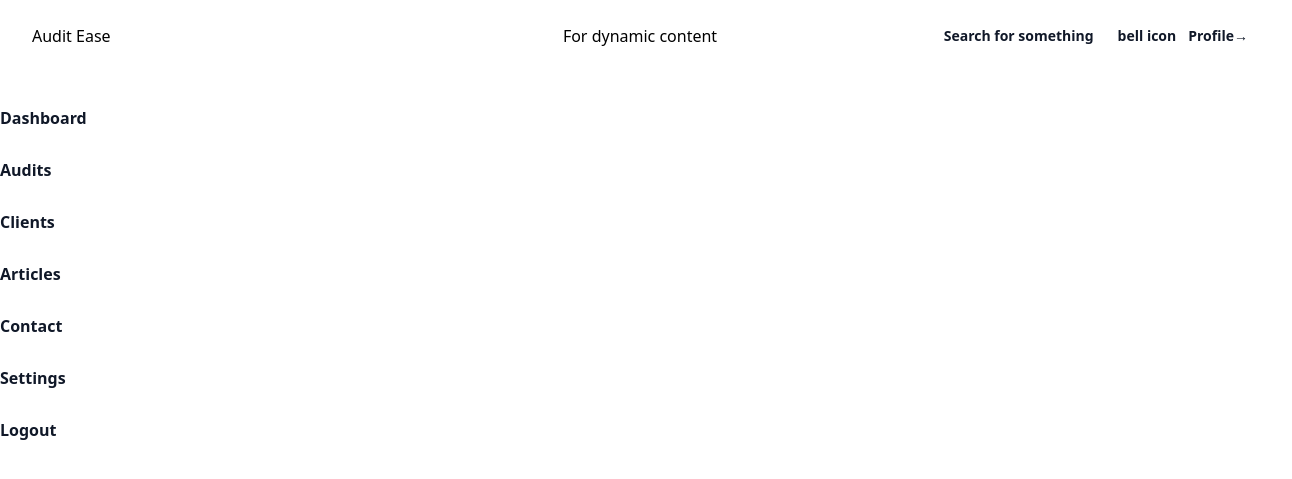
Repository: EclipticCode/Audit-Ease-FE
Page: /
An editor plug-in stored every save of this project. The page is shown before and after the next save, followed by the edit.
The browser window is 1280 px wide. The page is 1292 px wide, then 1280 px, then 1292 px, so the pictures cover 1292 px, including what lies to the right of the window. The pictures show the whole page.
Some web libraries are served in a nearby version. The project was rebuilt for these pictures with package versions that can differ from the ones it lists, and the page was loaded fresh each time. Also part of the build but not shown: vite.config.js, Login.jsx.

Above is the page before, as saved 2025-03-27 19:38:36.

### index.html
<!doctype html>
<html lang="en">
  <head>
    <meta charset="UTF-8" />
    <link rel="icon" type="image/svg+xml" href="" />
    <meta name="viewport" content="width=device-width, initial-scale=1.0" />
    <title>Audit Ease</title>
    <!-- Font awesome CDN -->
    <link rel="stylesheet" href="https://cdnjs.cloudflare.com/ajax/libs/font-awesome/6.6.0/css/all.min.css">
  </head>
  <body>
    <div id="root"></div>
    <script type="module" src="/src/main.jsx"></script>
  </body>
</html>

### src/main.jsx
import React from "react";
import ReactDOM from "react-dom/client";
import App from "./App";
import "./index.css"; // Ensure Tailwind styles are imported

ReactDOM.createRoot(document.getElementById("root")).render(
  <React.StrictMode>
    <App />
  </React.StrictMode>
);

### src/App.jsx
import React from 'react'
import Login from '../Login'
import Navbar from './Navbar'

const App = () => {
  return (
   <div>
      <Navbar/>
   </div>
  )
}

export default App

### src/index.css
@import url('https://fonts.googleapis.com/css2?family=Roboto:ital,wght@0,100..900;1,100..900&display=swap');

@import "tailwindcss";

@theme {
  --font-roboto: "Roboto", sans-serif;
  --font-weight-light: 300;
  --font-weight-normal: 400;
  --font-weight-medium: 500;
  --font-weight-semibold: 600;
  --font-weight-bold: 700;
  --color-soft-primary: #B2C4FB;
  --color-light-primary: #053ADA;
  --color-dark-primary: #032691;
  --color-deep-primary: #021655;
  --color-soft-seconday: #FFFFFF;
  --color-light-seconday: #B1B1B1;
  --color-dark-seconday: #263238;
  --color-deep-seconday: #000000;

}

### src/Navbar.jsx
import React from 'react'

const Navbar = () => {
  return (
    <div>
         <header className="bg-white">
      <nav aria-label="Global" className="mx-auto flex max-w-7xl items-center justify-between p-6 lg:px-8">
        <div className="flex lg:flex-1">
          <a href="#" className="-m-1.5 p-1.5">
            <span className="sr-only">Audit Ease</span>
            Audit Ease
          </a>
        </div>
        <div>
            For dynamic content
        </div>

        <div className="hidden lg:flex lg:flex-1 lg:justify-end">
        <div className='flex space-x-3'>
        <a href="#" className="text-sm/6 font-semibold text-gray-900">
            Search for something
          </a>
          <a href="#" className="text-sm/6 font-semibold text-gray-900">
          <button className=''></button>
          </a>
          <a href="#" className="text-sm/6 font-semibold text-gray-900">
            bell icon
          </a>
          <a href="#" className="text-sm/6 font-semibold text-gray-900">
            Profile<span aria-hidden="true">&rarr;</span>
          </a>
        </div>
        </div>
      </nav>

        <div className="fixed inset-0 z-10" />
          <div className="mt-6 flow-root">
            <div className="-my-6 divide-y divide-gray-500/10">
              <div className="space-y-2 py-6">
                <a
                  href="#"
                  className="-mx-3 block rounded-lg px-3 py-2 text-base/7 font-semibold text-gray-900 hover:bg-gray-50"
                >
                  Dashboard
                </a>
                <a
                  href="#"
                  className="-mx-3 block rounded-lg px-3 py-2 text-base/7 font-semibold text-gray-900 hover:bg-gray-50"
                >
                  Audits
                </a>
                <a
                  href="#"
                  className="-mx-3 block rounded-lg px-3 py-2 text-base/7 font-semibold text-gray-900 hover:bg-gray-50"
                >
                  Clients
                </a>
                <a
                  href="#"
                  className="-mx-3 block rounded-lg px-3 py-2 text-base/7 font-semibold text-gray-900 hover:bg-gray-50"
                >
                  Articles
                </a>
                <a
                  href="#"
                  className="-mx-3 block rounded-lg px-3 py-2 text-base/7 font-semibold text-gray-900 hover:bg-gray-50"
                >
                  Contact
                </a>
                <a
                  href="#"
                  className="-mx-3 block rounded-lg px-3 py-2 text-base/7 font-semibold text-gray-900 hover:bg-gray-50"
                >
                  Settings
                </a>
                <a
                  href="#"
                  className="-mx-3 block rounded-lg px-3 py-2 text-base/7 font-semibold text-gray-900 hover:bg-gray-50"
                >
                  Logout
                </a>
              </div>
            </div>
          </div>

    </header>
    </div>
  )
}

export default Navbar

After the next save:
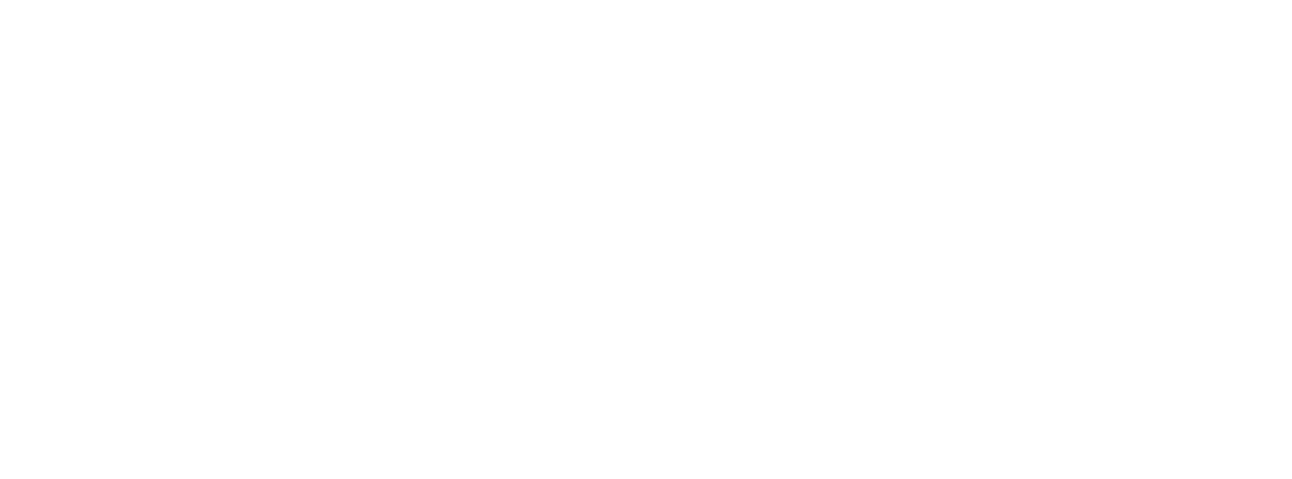
Console error: ReferenceError: FontAwesomeIcon is not defined
Saved 4 s later.
--- a/src/Navbar.jsx
+++ b/src/Navbar.jsx
@@ -21,7 +21,7 @@
             Search for something
           </a>
           <a href="#" className="text-sm/6 font-semibold text-gray-900">
-          <button className=''></button>
+          <button className=''><FontAwesomeIcon icon="fa-solid fa-gear" /></button>
           </a>
           <a href="#" className="text-sm/6 font-semibold text-gray-900">
             bell icon

After the save that followed:
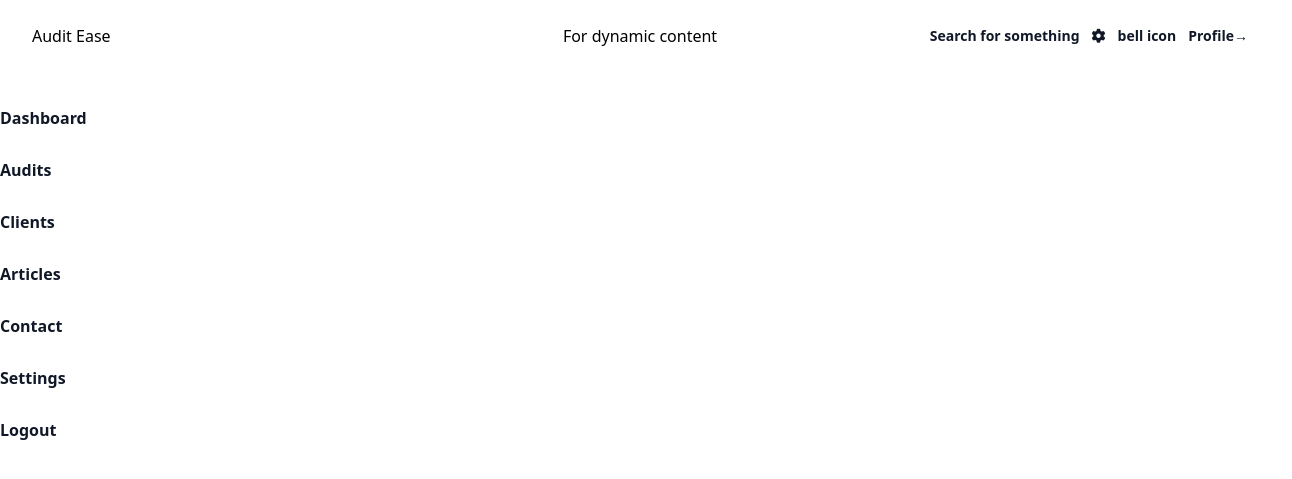
The error is gone.
Saved 31 s later.
--- a/src/Navbar.jsx
+++ b/src/Navbar.jsx
@@ -21,7 +21,7 @@
             Search for something
           </a>
           <a href="#" className="text-sm/6 font-semibold text-gray-900">
-          <button className=''><FontAwesomeIcon icon="fa-solid fa-gear" /></button>
+          <button className=''><i class="fa-solid fa-gear"></i></button>
           </a>
           <a href="#" className="text-sm/6 font-semibold text-gray-900">
             bell icon
